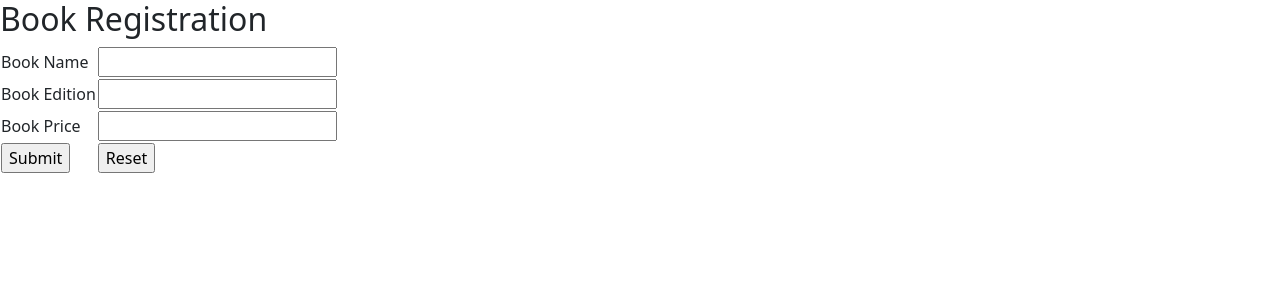
Repository: saurabh-7079/BookApp
Page: BookWebApp/WebContent/home.html
An editor plug-in stored every save of this project. The page is shown before and after the next save, followed by the edit.
The browser window is 1280 px wide. The pictures show the whole page.

Above is the page before, as saved 2023-06-05 06:00:54.

After the next save:
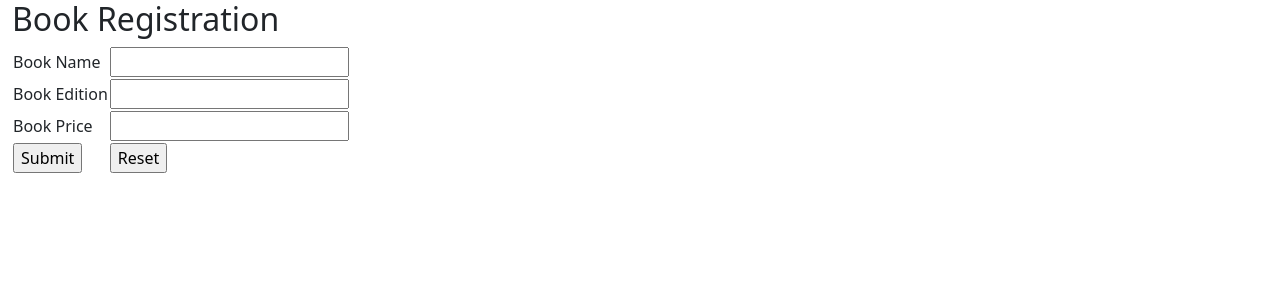
Saved 58 s later.
--- a/BookWebApp/WebContent/home.html
+++ b/BookWebApp/WebContent/home.html
@@ -5,7 +5,7 @@
 <title>Insert title here</title>
 <link rel="stylesheet" href="css/bootstrap.css">
 </head>
-<body>
+<body class="container-fluid">
 
 <h2>Book Registration</h2>
 <form action="register" method="post">
